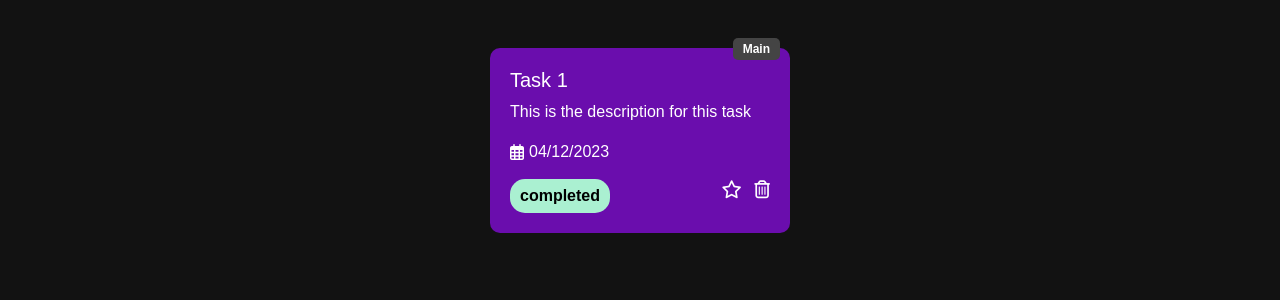
Repository: Surahailat/TypeScript
Page: Mini project 10-3/test.html
The author's editor kept a copy of each file at every save. The page is drawn from the files as they stood at one save, then again after the next save.
The browser window is 1280 px wide. The pictures show the whole page.
Some web libraries are served in a nearby version.

Above is the page before, as saved 2025-03-10 14:07:44.

### Mini project 10-3/test.html
<!DOCTYPE html>
<html lang="ar">
<head>
    <meta charset="UTF-8">
    <meta name="viewport" content="width=device-width, initial-scale=1.0">
    <title>Task Card</title>
    <link href="https://cdn.jsdelivr.net/npm/bootstrap@5.3.0/dist/css/bootstrap.min.css" rel="stylesheet">
    <script src="https://kit.fontawesome.com/a076d05399.js" crossorigin="anonymous"></script>
    <style>
        body {
            background-color: #121212;
            color: white;
            font-family: Arial, sans-serif;
        }
        .task-card {
            background-color: #6a0dad;
            color: white;
            border-radius: 10px;
            padding: 20px;
            position: relative;
            width: 300px;
        }
        .task-card .badge {
            position: absolute;
            top: -10px;
            right: 10px;
            background-color: #444;
            padding: 5px 10px;
            border-radius: 5px;
        }
        .task-card .date {
            display: flex;
            align-items: center;
            gap: 5px;
            margin-top: 10px;
        }
        .task-card .completed-btn {
            background-color: #aaf0d1;
            color: black;
            border-radius: 15px;
            padding: 5px 10px;
            border: none;
            font-weight: bold;
        }
        .task-card .actions {
            display: flex;
            justify-content: space-between;
            margin-top: 15px;
        }
        .task-card .icon {
            cursor: pointer;
            font-size: 18px;
        }
    </style>
</head>
<body>

<div class="container d-flex justify-content-center mt-5">
    <div class="task-card">
        <span class="badge">Main</span>
        <h5>Task 1</h5>
        <p>This is the description for this task</p>
        <div class="date">
            <i class="far fa-calendar-alt"></i>
            <span>04/12/2023</span>
        </div>
        <div class="actions">
            <button class="completed-btn">completed</button>
            <div>
                <i class="far fa-star icon"></i>
                <i class="far fa-trash-alt icon ms-2"></i>
            </div>
        </div>
    </div>
</div>

</body>
</html>

After the next save:
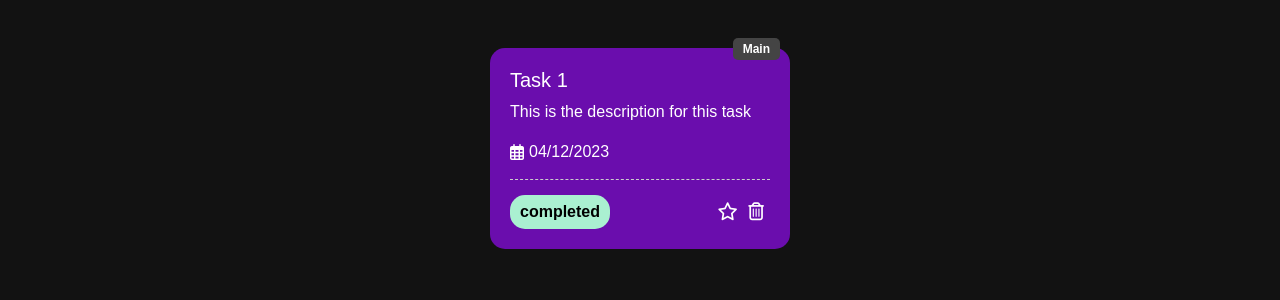
Saved 2 min 21 s later.
--- a/Mini project 10-3/test.html
+++ b/Mini project 10-3/test.html
@@ -15,7 +15,7 @@
         .task-card {
             background-color: #6a0dad;
             color: white;
-            border-radius: 10px;
+            border-radius: 15px;
             padding: 20px;
             position: relative;
             width: 300px;
@@ -44,12 +44,24 @@
         }
         .task-card .actions {
             display: flex;
+            align-items: center;
             justify-content: space-between;
             margin-top: 15px;
         }
         .task-card .icon {
             cursor: pointer;
             font-size: 18px;
+        }
+        .task-card .divider {
+            border-top: 1px dashed #ccc;
+            margin: 15px 0;
+        }
+        .task-card .delete-btn {
+            background: none;
+            border: none;
+            color: white;
+            font-size: 18px;
+            cursor: pointer;
         }
     </style>
 </head>
@@ -64,11 +76,12 @@
             <i class="far fa-calendar-alt"></i>
             <span>04/12/2023</span>
         </div>
+        <div class="divider"></div>
         <div class="actions">
             <button class="completed-btn">completed</button>
             <div>
                 <i class="far fa-star icon"></i>
-                <i class="far fa-trash-alt icon ms-2"></i>
+                <button class="delete-btn"><i class="far fa-trash-alt"></i></button>
             </div>
         </div>
     </div>
